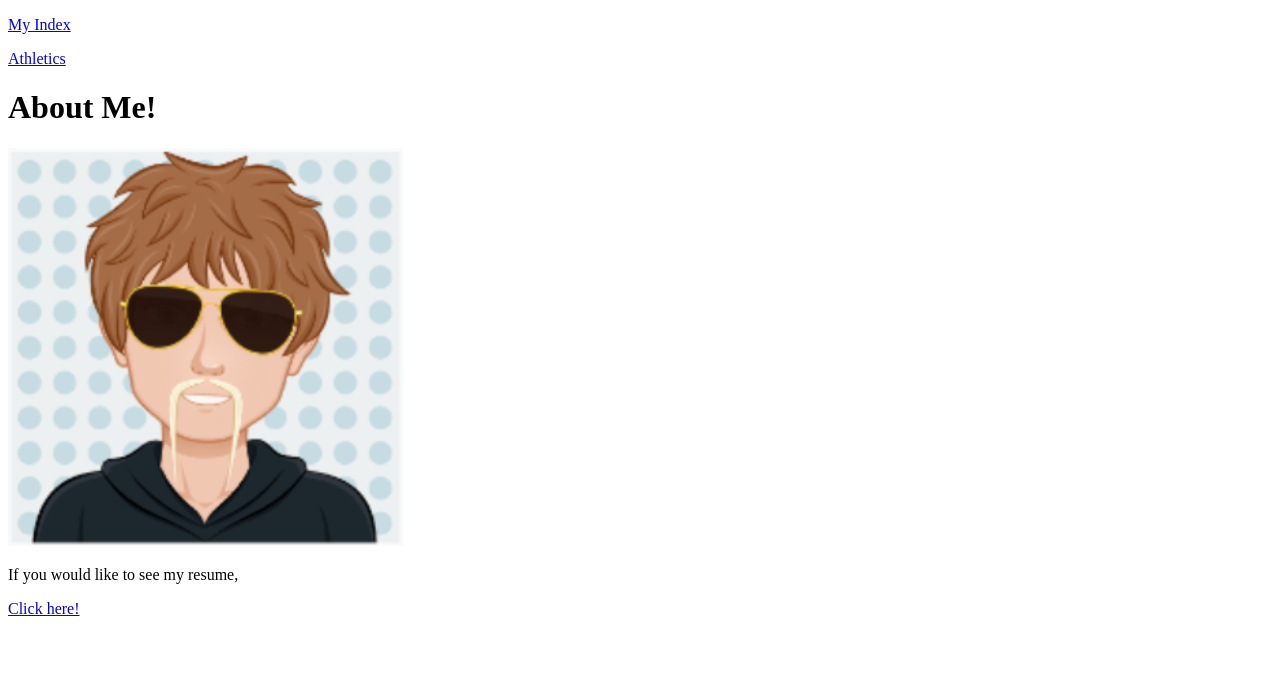
Repository: jacobsirois/jacobsirois.github.io
Page: aboutme.html
The author's editor kept a record of every edit. The page is drawn from the files as they stood at one moment, then again after the next edit.
The browser window is 1280 px wide. The pictures show the whole page.

Above is the page before.

### aboutme.html
<!DOCTYPE html>
<html>
<head>
<title>Page Title</title>
</head>
<body>

<p><a href="index.html">My Index</p>
<p><a href="athletics.html">Athletics</a></p>

<h1>About Me!</h1>
<img src="images/avatar.jpg" alt="my avatar">
<p>If you would like to see my resume,</p>
<a href="https://docs.google.com/document/d/1-AdmVu0SB5snxsAU3fiWYV94WNg3X-d_nUklR3OvtXk/edit?usp=sharing">Click here!</a>
</body>
</html>

After the next edit:
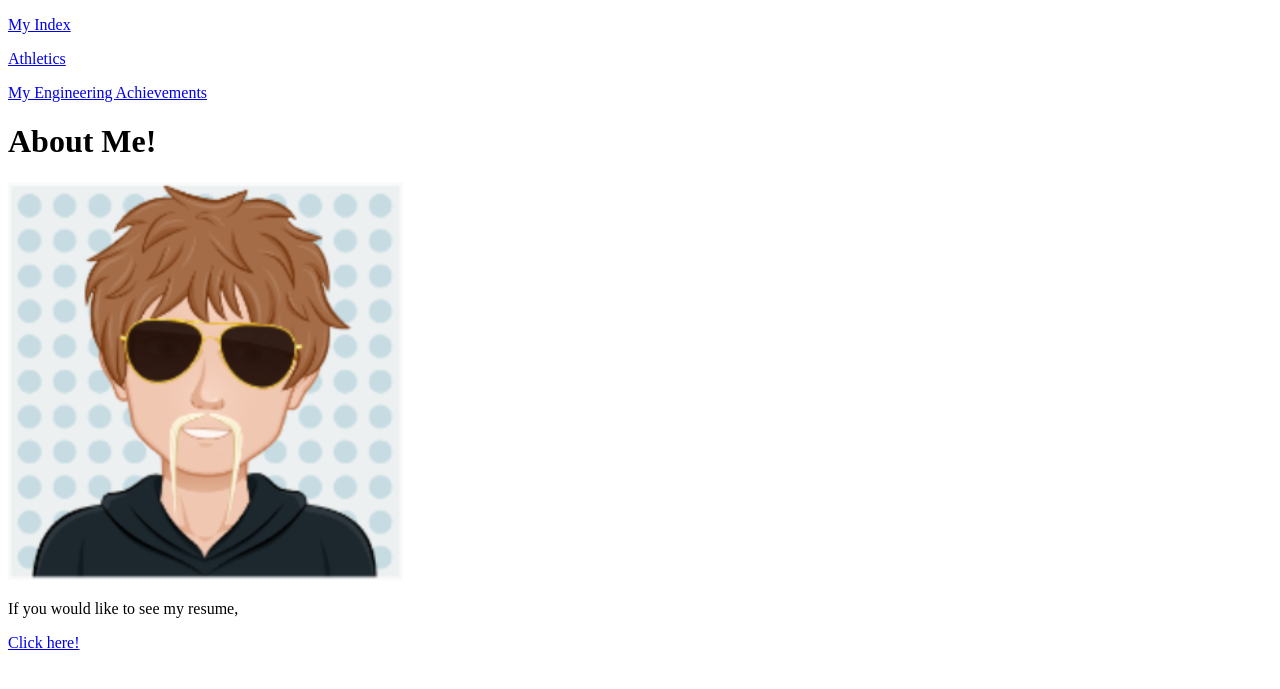
The edit:
--- a/aboutme.html
+++ b/aboutme.html
@@ -7,6 +7,7 @@
 
 <p><a href="index.html">My Index</p>
 <p><a href="athletics.html">Athletics</a></p>
+<p><a href="engineering.html">My Engineering Achievements</a></p>
 
 <h1>About Me!</h1>
 <img src="images/avatar.jpg" alt="my avatar">
